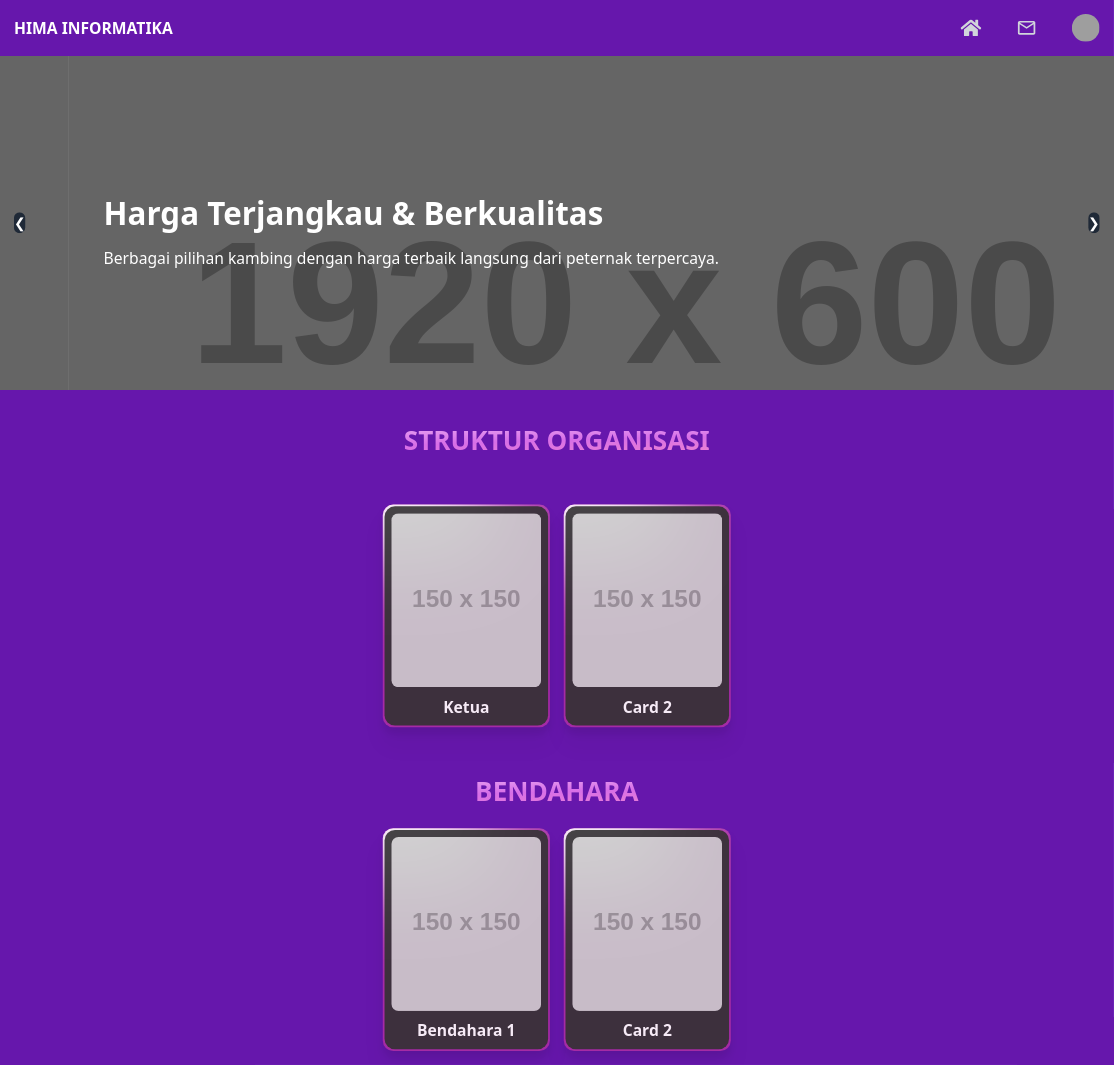
Repository: MUHAMADTEGARWIJAYA/himaif
Page: /
An editor plug-in stored every save of this project. The page is shown before and after the next save, followed by the edit.
The browser window is 1280 px wide. The pictures show the whole page, at 87% of full size.
Pictures or frames that could not be fetched are drawn as grey boxes. The project was rebuilt for these pictures with package versions that can differ from the ones it lists, and the page was loaded fresh each time. Also part of the build but not shown: vite.config.js.

Above is the page before, as saved 2024-12-21 13:29:51.

### src/main.jsx
import React from 'react'
import ReactDOM from "react-dom/client"
import './index.css'
import App from './App.jsx'
import { BrowserRouter } from 'react-router-dom'

ReactDOM.createRoot(document.getElementById('root')).render(
  <React.StrictMode>
    <BrowserRouter>
    <App />
    </BrowserRouter>
  </React.StrictMode>
);

### src/index.css
@tailwind base;
@tailwind components;
@tailwind utilities;

body{
    background-color: #8349d4;
}

### src/App.jsx
import { Routes, Route } from "react-router-dom";
import Slider from "./pages/Content";
import LandingPage from "./layout/LandingPageLay";
import Card from "./pages/Members";

export default function App() {
  return (
    <Routes>
      <Route element={<LandingPage />}>
         <Route path="/" element={<Slider   />}/>
         <Route path="/" element={<Card   />}/>
      </Route>
    </Routes>
  );
}

### src/pages/Content.jsx
import { useState, useEffect } from "react";

const Slider = () => {
  const slides = [
    {
      id: 1,
      image: "https://via.placeholder.com/1920x600", // Ganti dengan URL gambar
      title: "Mudah & Transparan! Kambing Langsung dari Peternak",
      description:
        "Akses langsung ke peternak, harga transparan, dan kualitas terjamin. Pilih kambing untuk kebutuhan Anda hanya di sini!, jdsudvudvbduvbdvbdiobvbvsudvds",
    },
    {
      id: 2,
      image: "https://via.placeholder.com/1920x600", // Ganti dengan URL gambar
      title: "Harga Terjangkau & Berkualitas",
      description:
        "Berbagai pilihan kambing dengan harga terbaik langsung dari peternak terpercaya.",
    },
    {
      id: 3,
      image: "https://via.placeholder.com/1920x600", // Ganti dengan URL gambar
      title: "Pesan Sekarang, Nikmati Kemudahan",
      description:
        "Proses cepat, aman, dan terintegrasi untuk kebutuhan kambing Anda.",
    },
  ];

  const [currentIndex, setCurrentIndex] = useState(0);

  useEffect(() => {
    const interval = setInterval(() => {
      setCurrentIndex((prevIndex) =>
        prevIndex === slides.length - 1 ? 0 : prevIndex + 1
      );
    }, 5000); // Ganti dengan waktu delay (ms)
    return () => clearInterval(interval);
  }, [slides.length]);

  const prevSlide = () => {
    setCurrentIndex(currentIndex === 0 ? slides.length - 1 : currentIndex - 1);
  };

  const nextSlide = () => {
    setCurrentIndex((currentIndex + 1) % slides.length);
  };

  return (
    <div className="relative w-full h-96 overflow-hidden">
      <div
        className="flex transition-transform duration-1000"
        style={{ transform: `translateX(-${currentIndex * 100}%)` }}
      >
        {slides.map((slide) => (
          <div
            key={slide.id}
            className="w-full h-[600px] flex-shrink-0 relative"
            style={{
              backgroundImage: `url(${slide.image})`,
              backgroundSize: "cover",
              backgroundPosition: "center",
            }}
          >
            <div className="absolute inset-0 bg-black bg-opacity-50 flex flex-col justify-center mb-48 items-start p-10 text-white">
              <h1 className="text-4xl font-bold mb-4">{slide.title}</h1>
              <p className="text-lg">{slide.description}</p>
            </div>
          </div>
        ))}
      </div>
      <button
        onClick={prevSlide}
        className="absolute top-1/2 left-4 -translate-y-1/2 bg-gray-800 text-white rounded-full"
      >
        &#10094;
      </button>
      <button
        onClick={nextSlide}
        className="absolute top-1/2 right-4 -translate-y-1/2 bg-gray-800 text-white rounded-full"
      >
        &#10095;
      </button>
    </div>
  );
};

export default Slider;

### src/layout/LandingPageLay.jsx
import Navbar from '../pages/Navbar';

import App from "../pages/Members";
import Slider from "../pages/Content";

const LandigPage = () => {
    return (
        <div className='bg-[#6617ac]'>
            <Navbar />
             <Slider />
             <App />
         </div>
    );
};

export default LandigPage;

### src/pages/Members.jsx
import PropTypes from "prop-types";

const Card = ({ title, image }) => {
  return (

    <div className="relative drop-shadow-xl w-48 h-64 overflow-hidden rounded-xl bg-[#a52ba5] transform transition-transform hover:scale-105 hover:rotate-2">
      <div className="absolute inset-0.5 flex flex-col items-center justify-between text-white z-[1] opacity-90 rounded-xl bg-[#323132] p-2">
        <img
          src={image}
          alt={title}
          className="w-full h-52 object-cover rounded-lg"
        />
        <h3 className="text-lg font-semibold mt-2">{title}</h3>
      </div>
      <div className="absolute w-56 h-48 bg-white blur-[50px] -left-1/2 -top-1/2"></div>
    </div>
  );
};

Card.propTypes = {
  title: PropTypes.string.isRequired,
  image: PropTypes.string.isRequired,
};

const App = () => {
  const cards = [
    {
      title: "Ketua",
      image: "https://via.placeholder.com/150",
    },
    {
      title: "Card 2",
      image: "https://via.placeholder.com/150",
    },
  ];

  const Bendahara = [
    {
      title: "Bendahara 1",
      image: "https://via.placeholder.com/150",
    },
    {
      title: "Card 2",
      image: "https://via.placeholder.com/150",
    },
  ];

  return (
    <div className=" ">
       <h1 className="text-3xl font-semibold mt-10 text-center bg-clip-text text-transparent bg-[radial-gradient(ellipse_at_bottom_right,_var(--tw-gradient-stops))] from-[#ff93be] via-[#d76ee7] to-[#f1c7f9]">
        STRUKTUR ORGANISASI
        </h1>
                    {/*Ketua dan wakil  */}
                    <div className="flex flex-wrap justify-center gap-4 mt-10 p-4">
                    {cards.map((card, index) => (
                        <Card key={index} title={card.title} image={card.image} />
                    ))}
                    </div>

                    {/* Bendahara */}
                            <h1 className="text-3xl font-semibold mt-10 text-center bg-clip-text text-transparent bg-[radial-gradient(ellipse_at_bottom_right,_var(--tw-gradient-stops))] from-[#ff93be] via-[#d76ee7] to-[#f1c7f9]">
                            BENDAHARA
                            </h1>

                    <div className="flex flex-wrap justify-center gap-4 mt-2 p-4">
                    {Bendahara.map((card, index) => (
                        <Card key={index} title={card.title} image={card.image} />
                    ))}
                    </div>

    </div>
  );
};

export default App;

### src/pages/Navbar.jsx
import  { useState, useEffect } from "react";
import { FaHome } from "react-icons/fa";
import { MdOutlineEmail } from "react-icons/md";

const Navbar = () => {
  const [isVisible, setIsVisible] = useState(true);

  useEffect(() => {
    const handleScroll = () => {
      // Check scroll position
      if (window.scrollY > 50) {
        setIsVisible(false); // Hide when scrolled down
      } else {
        setIsVisible(true); // Show when at top
      }
    };

    window.addEventListener("scroll", handleScroll);

    // Cleanup event listener on unmount
    return () => {
      window.removeEventListener("scroll", handleScroll);
    };
  }, []);

  return (
    <div className="relative">
      <div
        className={`flex items-center p-4 bg-transparent justify-between space-x-5 text-white transition-transform duration-300 ${
          isVisible ? "translate-y-0" : "-translate-y-full"
        }`}
      >
        {/* Bagian Kiri */}
        <div className="flex items-center">
          <span className="text-lg font-bold">HIMA INFORMATIKA</span>
        </div>

        {/* Bagian Kanan */}
        <div className="flex items-center relative space-x-10">
          <button className="text-gray-300 hover:text-white">
            <FaHome className="w-6 h-6" />
          </button>
          <button className="text-gray-300 hover:text-white">
            <MdOutlineEmail className="w-6 h-6" />
          </button>
          {/* Avatar */}
          <div className="flex items-center">
            <img
              src="image.jpg" // Gunakan default jika avatar kosong
              alt="User Avatar"
              className="w-8 h-8 rounded-full"
            />
          </div>
        </div>
      </div>
    </div>
  );
};

export default Navbar;

Loaded but not shown: index.html (common file); tailwind.config.js (common file)

After the next save:
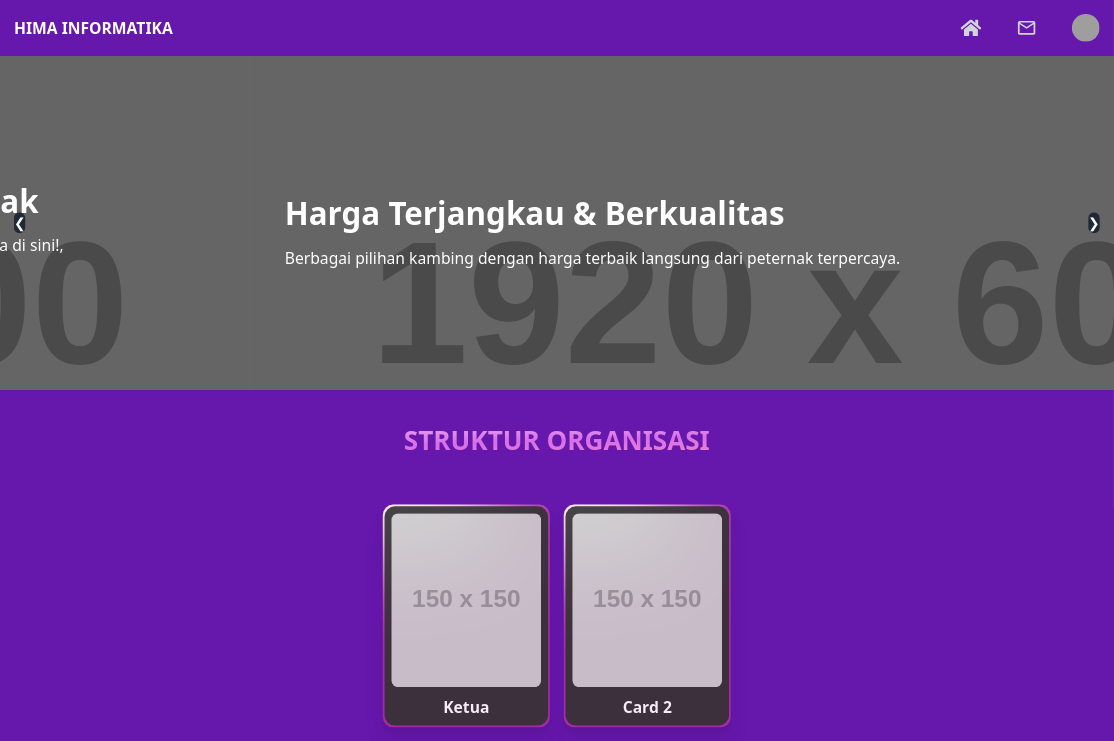
Saved 6 min 38 s later.
--- a/src/pages/Members.jsx
+++ b/src/pages/Members.jsx
@@ -34,16 +34,6 @@ const App = () => {
     },
   ];
 
-  const Bendahara = [
-    {
-      title: "Bendahara 1",
-      image: "https://via.placeholder.com/150",
-    },
-    {
-      title: "Card 2",
-      image: "https://via.placeholder.com/150",
-    },
-  ];
 
   return (
     <div className=" ">
@@ -56,18 +46,6 @@ const App = () => {
                         <Card key={index} title={card.title} image={card.image} />
                     ))}
                     </div>
-
-                    {/* Bendahara */}
-                            <h1 className="text-3xl font-semibold mt-10 text-center bg-clip-text text-transparent bg-[radial-gradient(ellipse_at_bottom_right,_var(--tw-gradient-stops))] from-[#ff93be] via-[#d76ee7] to-[#f1c7f9]">
-                            BENDAHARA
-                            </h1>
-
-                    <div className="flex flex-wrap justify-center gap-4 mt-2 p-4">
-                    {Bendahara.map((card, index) => (
-                        <Card key={index} title={card.title} image={card.image} />
-                    ))}
-                    </div>
-
     </div>
   );
 };
